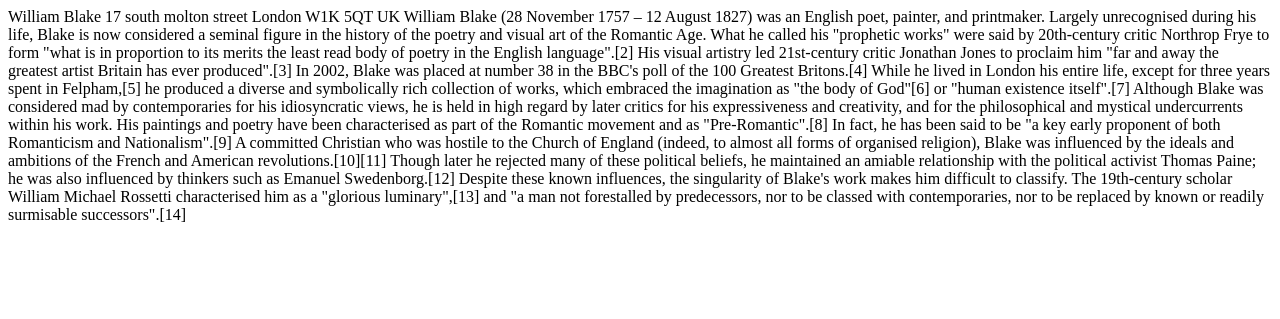
Repository: arzeee/Web_Course
Page: 2.3+Void+Elements/2.3 Void Elements/index.html
These files come from the project's save history. The page is drawn as it stood at one moment and after a run of saves; the edit follows.
The browser window is 1280 px wide. The pictures show the whole page.

Above is the page before, as saved 2024-12-01 16:44:45.

### 2.3+Void+Elements/2.3 Void Elements/index.html
<h1></h1>William Blake

17 south molton street
London
W1K 5QT
UK


William Blake (28 November 1757 – 12 August 1827) was an English poet, painter, and printmaker. Largely unrecognised
during his life, Blake is now considered a seminal figure in the history of the poetry and visual art of the Romantic
Age. What he called his "prophetic works" were said by 20th-century critic Northrop Frye to form "what is in proportion
to its merits the least read body of poetry in the English language".[2] His visual artistry led 21st-century critic
Jonathan Jones to proclaim him "far and away the greatest artist Britain has ever produced".[3] In 2002, Blake was
placed at number 38 in the BBC's poll of the 100 Greatest Britons.[4] While he lived in London his entire life, except
for three years spent in Felpham,[5] he produced a diverse and symbolically rich collection of works, which embraced the
imagination as "the body of God"[6] or "human existence itself".[7]

Although Blake was considered mad by contemporaries for his idiosyncratic views, he is held in high regard by later
critics for his expressiveness and creativity, and for the philosophical and mystical undercurrents within his work. His
paintings and poetry have been characterised as part of the Romantic movement and as "Pre-Romantic".[8] In fact, he has
been said to be "a key early proponent of both Romanticism and Nationalism".[9] A committed Christian who was hostile to
the Church of England (indeed, to almost all forms of organised religion), Blake was influenced by the ideals and
ambitions of the French and American revolutions.[10][11] Though later he rejected many of these political beliefs, he
maintained an amiable relationship with the political activist Thomas Paine; he was also influenced by thinkers such as
Emanuel Swedenborg.[12] Despite these known influences, the singularity of Blake's work makes him difficult to classify.
The 19th-century scholar William Michael Rossetti characterised him as a "glorious luminary",[13] and "a man not
forestalled by predecessors, nor to be classed with contemporaries, nor to be replaced by known or readily surmisable
successors".[14]

After the next 2 saves:
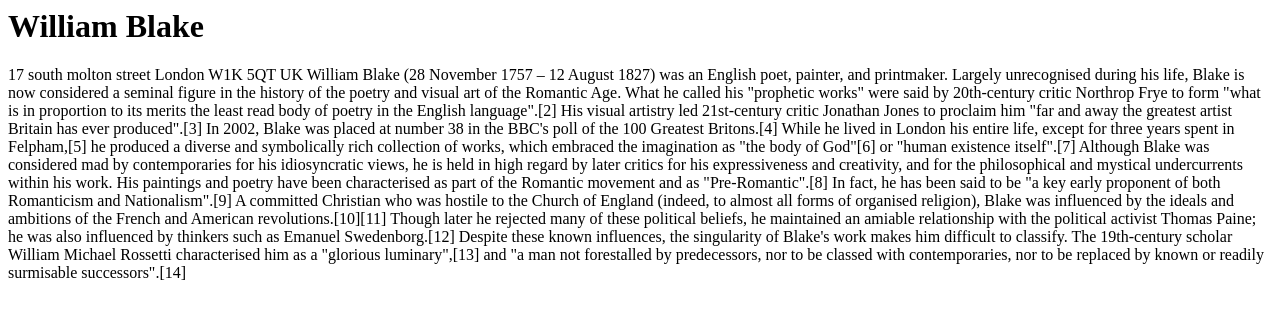
The 2 saves are shown as one change because they came seconds apart.
The last was saved 7 s later.
--- a/2.3+Void+Elements/2.3 Void Elements/index.html
+++ b/2.3+Void+Elements/2.3 Void Elements/index.html
@@ -1,4 +1,4 @@
-<h1></h1>William Blake
+<h1>William Blake</h1>
 
 17 south molton street
 London
